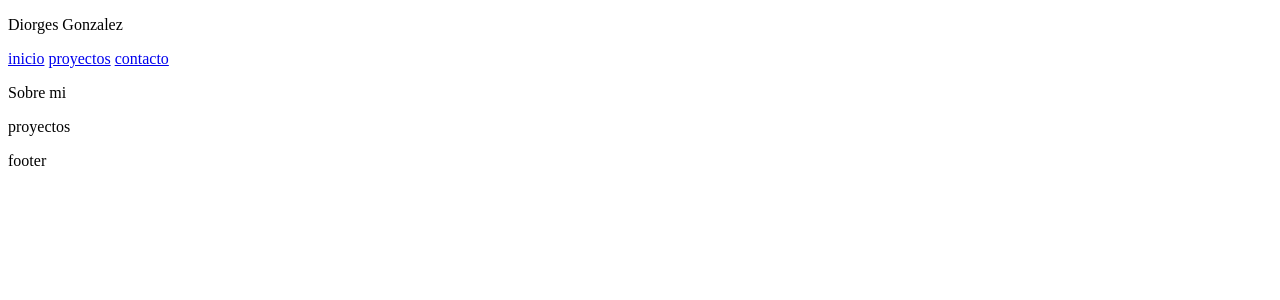
Repository: DenLion09/DenLion09.dots
Page: javascipt_withow_filter/basic/ejercisios/portfolio2/index.html
An editor plug-in stored every save of this project. The page is shown before and after the next save, followed by the edit.
The browser window is 1280 px wide. The pictures show the whole page.

Above is the page before, as saved 2026-05-17 22:36:11.

After the next save:
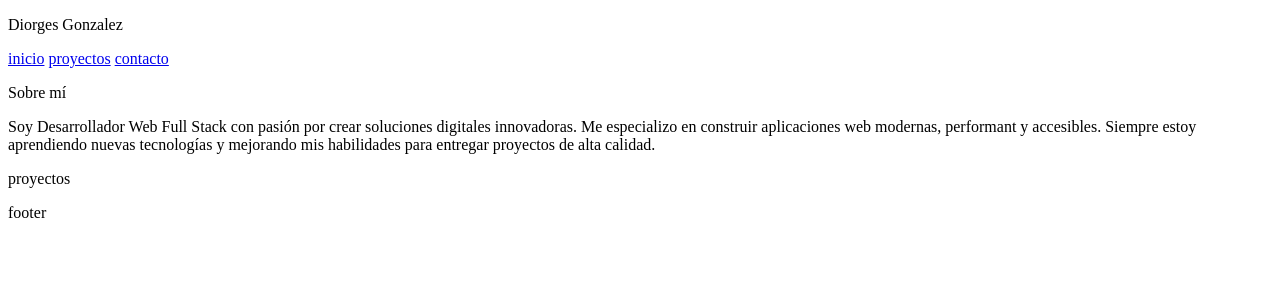
Saved 4 min 14 s later.
--- a/javascipt_withow_filter/basic/ejercisios/portfolio2/index.html
+++ b/javascipt_withow_filter/basic/ejercisios/portfolio2/index.html
@@ -14,7 +14,14 @@
       </nav>
     </header>
     <section class="sobre-mi">
-      <p>Sobre mi</p>
+      <p>Sobre mí</p>
+      <p>
+        Soy Desarrollador Web Full Stack con pasión por crear soluciones
+        digitales innovadoras. Me especializo en construir aplicaciones web
+        modernas, performant y accesibles. Siempre estoy aprendiendo nuevas
+        tecnologías y mejorando mis habilidades para entregar proyectos de alta
+        calidad.
+      </p>
     </section>
     <section class="proyectos">
       <p>proyectos</p>
